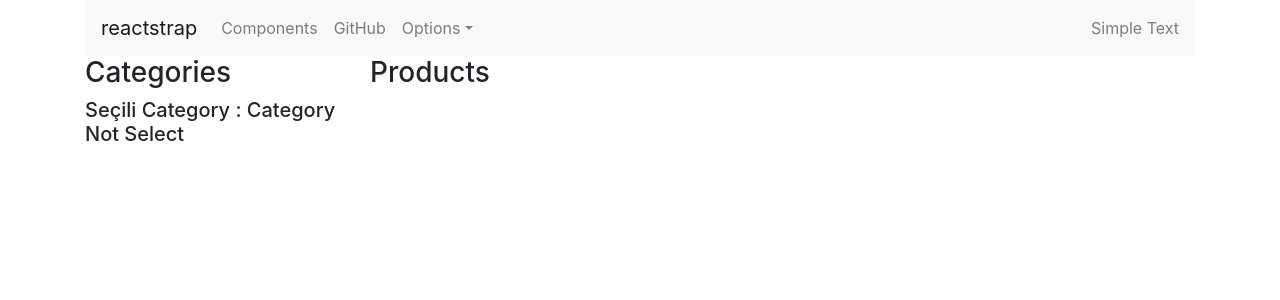
Repository: asarikaya/redux_try_app
Page: /
The author's editor kept a copy of each file at every save. The page is drawn from the files as they stood at one save, then again after the next save.
The browser window is 1280 px wide. The pictures show the whole page.
The page's requests for data from a server got no answer. The project was rebuilt for these pictures with package versions that can differ from the ones it lists, and the page was loaded fresh each time. No one was signed in, and anything a server would have sent is missing.

Above is the page before, as saved 2020-02-28 12:41:03.

After the next save:
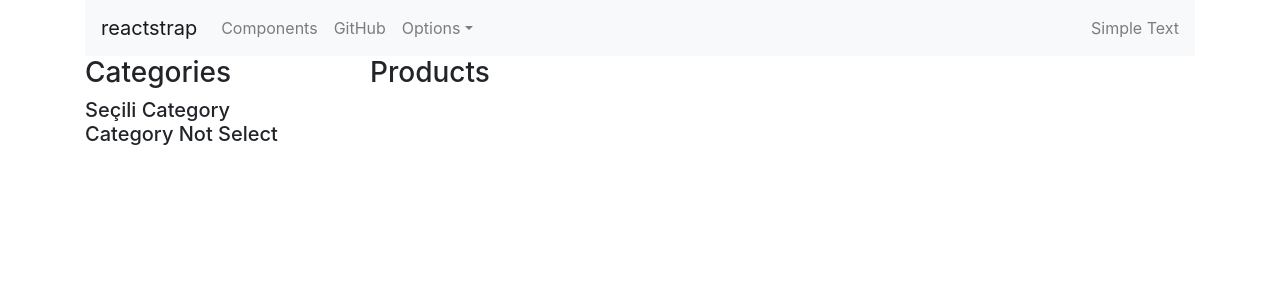
Saved 21 s later.
--- a/src/components/categories/CategoryList.js
+++ b/src/components/categories/CategoryList.js
@@ -18,7 +18,7 @@ class CategoryList extends Component {
             <ListGroupItem key={category.id} onClick={()=>this.props.actions.changeCategory(category)}>{category.categoryName}</ListGroupItem>
           ))}
         </ListGroup>
-        <h5>Seçili Category : {this.props.currentCategory.categoryName}</h5>
+        <h5>Seçili Category<br></br> {this.props.currentCategory.categoryName}</h5>
       </div>
     );
   }
